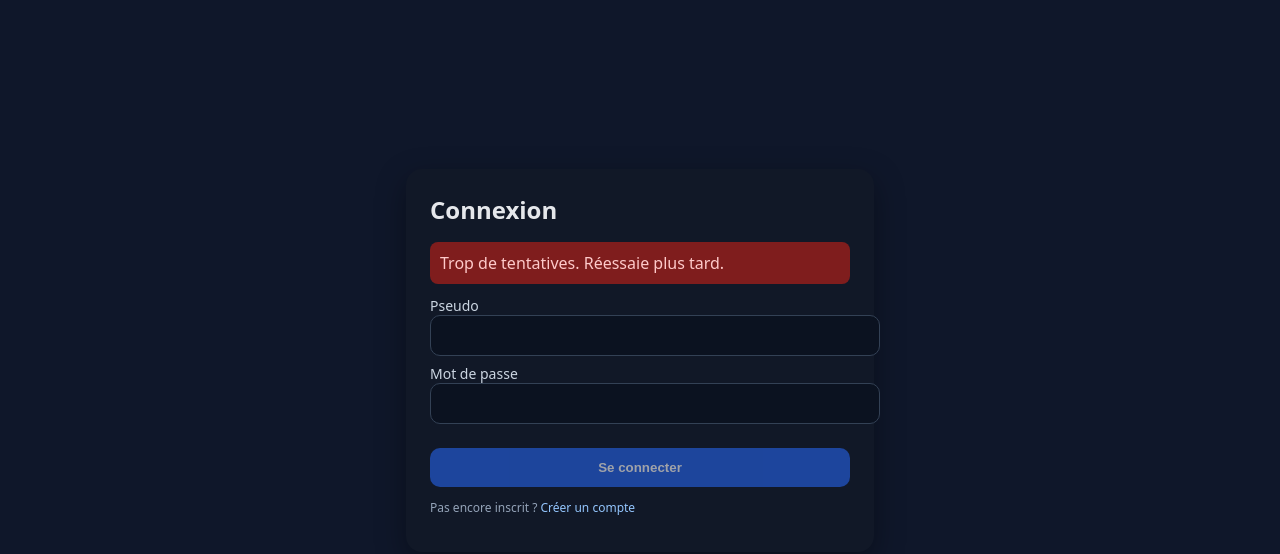
Repository: remi77130/loi-direct
Page: http://localhost/loi/login.php
These files come from the project's save history. The page is drawn as it stood at one moment and after the next save; the edit follows.
The browser window is 1280 px wide. The pictures show the whole page.
The page is run by PHP 8.4 with error messages shown; the project is at /var/www/html/. The database holds what the project's SQL file puts in it.

Above is the page before, as saved 2025-09-24 10:29:55.

After the next save:
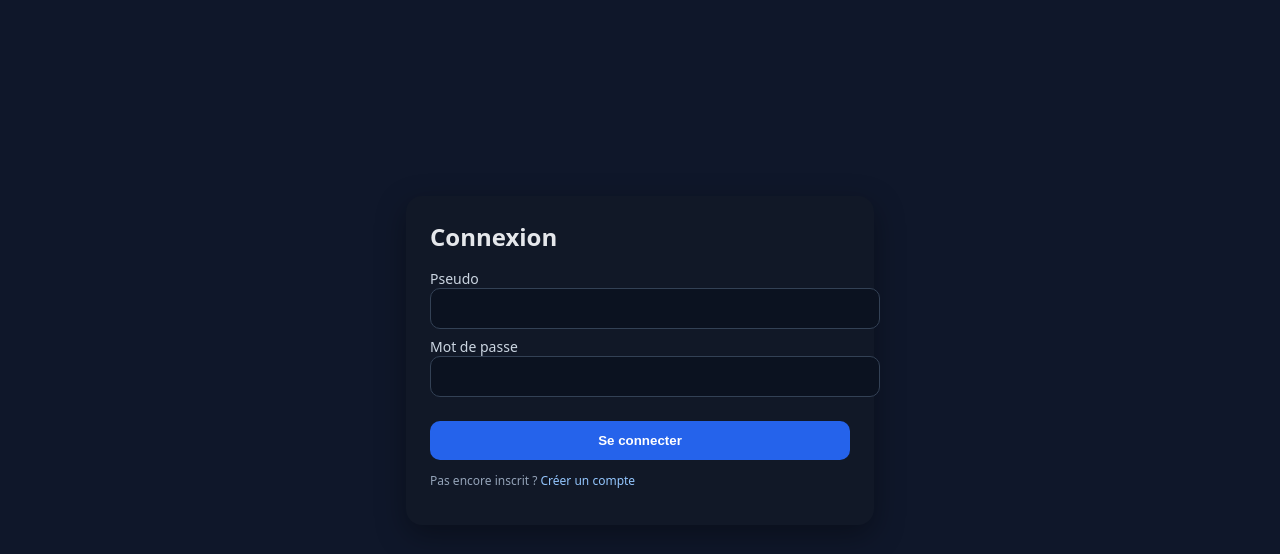
Saved 113 s later.
--- a/login.php
+++ b/login.php
@@ -20,14 +20,11 @@ Rehash automatique si l’algorithme/cost évolue.
 CSRF + redirection via APP_BASE.
 Si reverse proxy : n’activer X-Forwarded-For que s’il est trusted.*/
 
-/* -------------------- Brute-force config --------------------
+/* -------------------- Brute-force config -------------------- */
 const IP_WINDOW_SECONDS = 15 * 60;
 const IP_MAX_FAILS      = 10;
-const IP_BAN_SECONDS    = 15 * 60;*/
-
-const IP_WINDOW_SECONDS =  0* 0;
-const IP_MAX_FAILS      = 0;
-const IP_BAN_SECONDS    = 0 * 0;
+const IP_BAN_SECONDS    = 15 * 60;
+
 
 /* -------------------- Minimal DB error helpers -------------------- */
 function db_fail(string $where, mysqli $db, ?mysqli_stmt $st = null): void {
